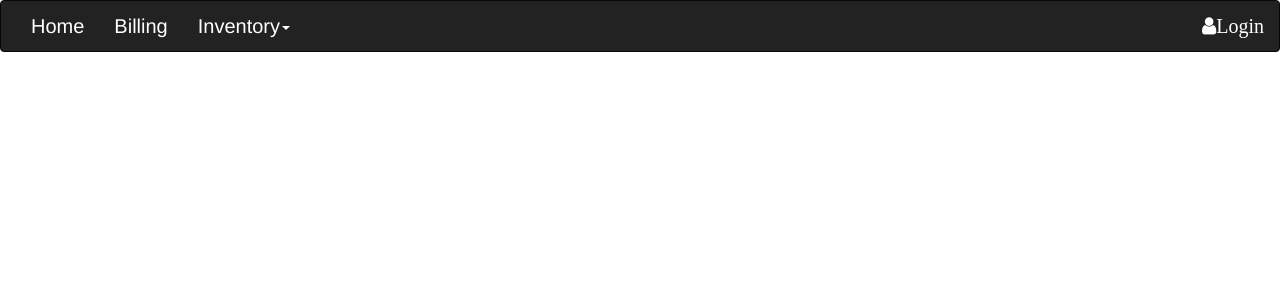
Repository: Abinesh-T/FinallDtProject
Page: http://localhost/Sri_Ananda/views/header.jsp
An editor plug-in stored every save of this project. The page is shown before and after the next save, followed by the edit.
The browser window is 1280 px wide. The pictures show the whole page.
Some web libraries are served in a nearby version. The page is served by Tomcat 9. Nobody is signed in. The application's start-up code is not run. Other server files are loaded and not shown.

Above is the page before, as saved 2018-08-05 09:38:47.

### Sri_Ananda/src/main/webapp/views/header.jsp
<%@ page language="java" contentType="text/html; charset=ISO-8859-1"
	pageEncoding="ISO-8859-1"%>
<%@ taglib prefix="c" uri="http://java.sun.com/jsp/jstl/core"%>
<!DOCTYPE html PUBLIC "-//W3C//DTD HTML 4.01 Transitional//EN" "http://www.w3.org/TR/html4/loose.dtd">
<html>
<head>
<title>Techtronixs</title>
<meta charset="utf-8">
<meta name="viewport" content="width=device-width, initial-scale=1">
<link rel="stylesheet"
	href="https://maxcdn.bootstrapcdn.com/bootstrap/3.3.7/css/bootstrap.min.css">
<script
	src="https://ajax.googleapis.com/ajax/libs/jquery/3.3.1/jquery.min.js"></script>
<script
	src="https://maxcdn.bootstrapcdn.com/bootstrap/3.3.7/js/bootstrap.min.js"></script>
<style>
.high {
	width: 100px;
	image-resolution: 25dpi;
}
</style>
<link rel="stylesheet"
	href="https://maxcdn.bootstrapcdn.com/bootstrap/3.3.7/css/bootstrap.min.css">
<script
	src="https://ajax.googleapis.com/ajax/libs/jquery/3.2.1/jquery.min.js"></script>
<script
	src="https://maxcdn.bootstrapcdn.com/bootstrap/3.3.7/js/bootstrap.min.js"></script>
<link
	href="//maxcdn.bootstrapcdn.com/font-awesome/4.1.0/css/font-awesome.min.css"
	rel="stylesheet">

<style type="text/css">
.backgroundclr {
	background-color: #59503e;
}
</style>

</head>
<body>
	<nav class="navbar navbar-inverse">
	<div class="container-fluid">
		<ul class="nav navbar-nav">
			<li><a href="index" style="font-size: 20px; color: white;">Home</a></li>
			<li><a href="index" style="font-size: 20px; color: white;">Billing</a></li>
			<li class="dropdown"><a href="Inventory" class="dropdown-toggle"
				data-toggle="dropdown" aria-haspopup="true" aria-expanded="false"
				style="font-size: 20px; color: white">Inventory<span
					class="caret"></span></a>
				<ul class="dropdown-menu">
					<li><a href="InventoryByDate" style="font-size: 20px;">InventoryByDate</a></li>
					<li><a href="InventoryByPeriod" style="font-size: 20px;">InventoryByPeriod</a></li>
				</ul></li>

		</ul>
		<c:if test="${pageContext.request.userPrincipal.name  == 'admin'}">
			<li><a href="<c:url value="/admin" />">Admin</a></li>
		</c:if>

		<ul class="nav navbar-nav navbar-right">
			<c:if test="${pageContext.request.userPrincipal.name == null }">
				<li>
					<%-- <a href=' <c:url value="/login" />'>Login</a> --%>
				</li>
				<li><a href="<c:url value="login"/>" role="button"
					aria-haspopup="true" aria-expanded="false" class="fa fa-user"
					style="font-size: 20px; color: white">Login</a></li>
			</c:if>
			<c:if test="${pageContext.request.userPrincipal.name  != null}">
				<li><a>Welcome: ${pageContext.request.userPrincipal.name}</a></li>
				<li><a href='<c:url value="/logout" />'>Signout</a></li>
			</c:if>

		</ul>
	</div>
	</nav>
</body>
</html>

After the next save:
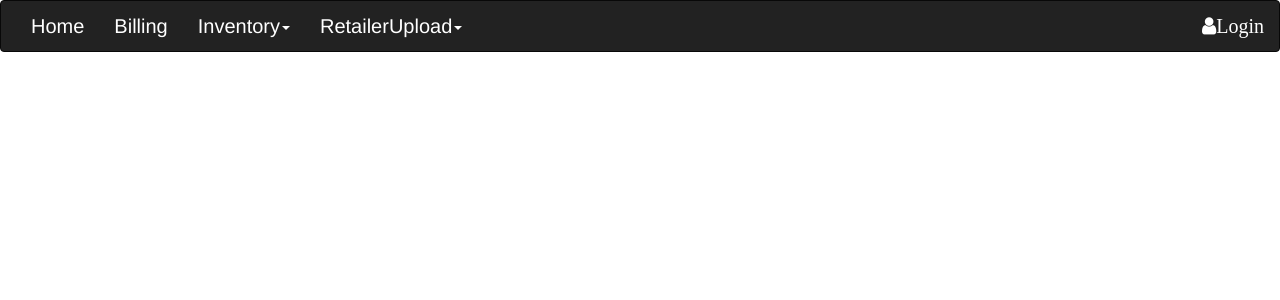
Saved 37 s later.
--- a/Sri_Ananda/src/main/webapp/views/header.jsp
+++ b/Sri_Ananda/src/main/webapp/views/header.jsp
@@ -50,7 +50,14 @@
 					<li><a href="InventoryByDate" style="font-size: 20px;">InventoryByDate</a></li>
 					<li><a href="InventoryByPeriod" style="font-size: 20px;">InventoryByPeriod</a></li>
 				</ul></li>
-
+				<li class="dropdown"><a href="Cmpny_Exp" class="dropdown-toggle"
+				data-toggle="dropdown" aria-haspopup="true" aria-expanded="false"
+				style="font-size: 20px; color: white">RetailerUpload<span
+					class="caret"></span></a>
+				<ul class="dropdown-menu">
+					<li><a href="RetailerUpload" style="font-size: 20px;">Enter_Retailer</a></li>
+					<li><a href="RetailerList" style="font-size: 20px;">Report_Retailer</a></li>
+				</ul></li>
 		</ul>
 		<c:if test="${pageContext.request.userPrincipal.name  == 'admin'}">
 			<li><a href="<c:url value="/admin" />">Admin</a></li>
